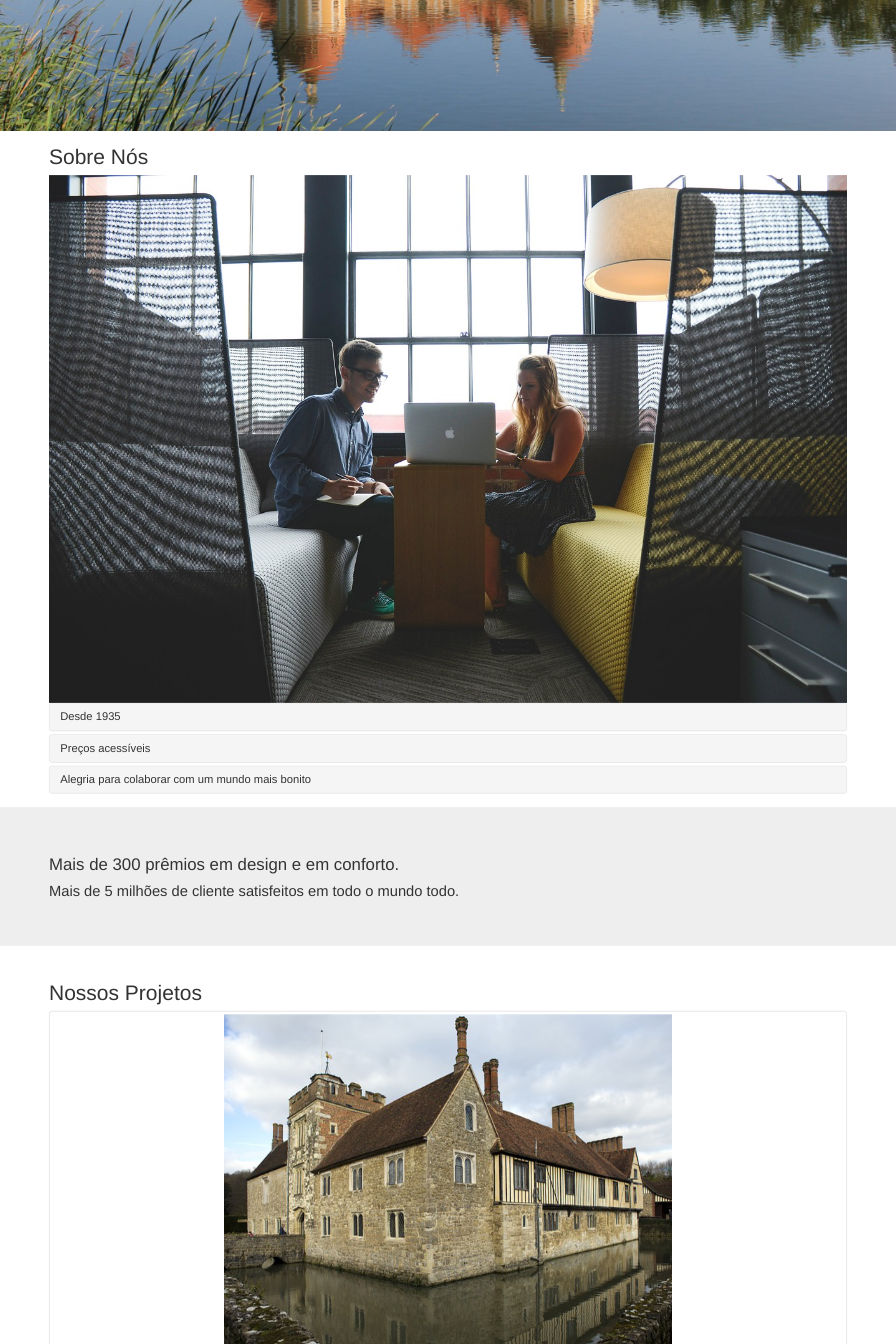
Repository: daviemer/bootstrap-alura
Page: index2.html
The author's editor kept a copy of each file at every save. The page is drawn from the files as they stood at one save, then again after the next save.
The browser window is 1280 px wide. The pictures show the part of the page from y = 533 to 2453 px (the page is 7080 px tall before and 5205 px after), at 70% of full size.

Above is the page before, as saved 2022-07-18 14:42:47.

### index2.html
<!DOCTYPE html>
<html lang="pt-br">

<head>
  <meta charset="UTF-8" />
  <meta http-equiv="X-UA-Compatible" content="IE=edge" />
  <meta name="viewport" content="width=device-width, initial-scale=1.0" />
  <title>Document</title>
  <link rel="stylesheet" href="bootstrap/css/bootstrap.min.css" type="text/css" />
  <link rel="stylesheet" href="style.css" />
</head>

<body>
  <header>
    <nav class="navbar navbar-default">
      <div class="container">
        <div class="navbar-header">
          <button type="button" class="navbar-toggle collapsed" data-toggle="collapse" data-target="#collapse-navbar"
            aria-expanded="false">
            <span class="sr-only">Toggle navigation</span>
            <span class="icon-bar"></span>
            <span class="icon-bar"></span>
            <span class="icon-bar"></span>
            <span class="icon-bar"></span>
          </button>
          <a class="navbar-brand" href="#">TopCasaFina Arquitetura</a>
        </div>
        <div id="collapse-navbar" class="collapse navbar-collapse">
          <ul class="nav navbar-nav">
            <li><a href="#sobre-nos">Sobre Nós</a></li>
            <li><a href="#nossos-projetos">Nossos Projetos</a></li>
            <li><a href="#depoimentos">Depoimentos</a></li>
            <li><a href="#video">Video</a></li>
            <li><a href="#contato">Contato</a></li>
          </ul>
        </div>
      </div>
    </nav>

    <div class="topcasafina-banner">
      <h1>TopCasaFina Arquitetura</h1>
      <p>Projetando a casa dos sonhos desde 2000 A.C</p>
      <button class="btn btn-primary btn-lg">Contate-nos agora</button>
    </div>
  </header>


  <section id="sobre-nos" class="container">
    <h2>Sobre Nós</h2>
    <img class="img-responsive projetos-responsivos" src="assets/img/empresa.jpg" alt="" />

    <div class="panel-group projetos-responsivos" id="paineis-sobre">
      <div class="panel panel-default">
        <div class="panel-heading">
          <h3 class="panel-title" data-toggle="collapse" data-target="#primeiro-paragrafo" data-parent="#paineis-sobre">
            Desde 1935
          </h3>
        </div>
        <div id="primeiro-paragrafo" class="collapse">
          <div class="panel-body">
            <p>
              Desde 1935 trazendo casas, mansões e prédios lindos para o
              mundo.
            </p>
          </div>
        </div>
      </div>
      <div class="panel panel-default">
        <div class="panel-heading">
          <h3 class="panel-title" data-toggle="collapse" data-target="#segundo-paragrafo" data-parent="#paineis-sobre">
            Preços acessíveis
          </h3>
        </div>
        <div id="segundo-paragrafo" class="collapse">
          <div class="panel-body">
            <p>Preços a partir de R$ 1000,00.</p>
          </div>
        </div>
      </div>
      <div class="panel panel-default">
        <div class="panel-heading">
          <h3 class="panel-title" data-toggle="collapse" data-target="#terceiro-paragrafo" data-parent="#paineis-sobre">
            Alegria para colaborar com um mundo mais bonito
          </h3>
        </div>
        <div id="terceiro-paragrafo" class="collapse">
          <div class="panel-body">
            <p>
              Trazendo alegria para a vida das pessoas que tem dinheiro para
              gastar.
            </p>
          </div>
        </div>
      </div>
    </div>
  </section>

  <div class="jumbotron">
    <div class="container">
      <h3>Mais de 300 prêmios em design e em conforto.</h3>
      <p>Mais de 5 milhões de cliente satisfeitos em todo o mundo todo.</p>
    </div>
  </div>

  <section id="nossos-projetos" class="container">
    <h2>Nossos Projetos</h2>

    <figure class="thumbnail projetos-responsivos">
      <img src="assets/img/projetos/casa-castelo.png" alt="Foto da Casa Castelo" />
      <figcaption class="caption">
        <h3>Casa Castelo</h3>
        <p>
          A Casa Castelo é o último lançamento da TopCasaFina feita para um
          monge.
        </p>
      </figcaption>
    </figure>
    <figure class="thumbnail projetos-responsivos">
      <img src="assets/img/projetos/casa-lago.png" alt="Foto da Casa Castelo" />
      <figcaption class="caption">
        <h3>Casa Castelo</h3>
        <p>
          A Casa Castelo é o último lançamento da TopCasaFina feita para um
          monge.
        </p>
      </figcaption>
    </figure>
    <figure class="thumbnail projetos-responsivos">
      <img src="assets/img/projetos/mercado-marapira.png" alt="Foto da Casa Castelo" />
      <figcaption class="caption">
        <h3>Casa Castelo</h3>
        <p>
          A Casa Castelo é o último lançamento da TopCasaFina feita para um
          monge.
        </p>
      </figcaption>
    </figure>
    <figure class="thumbnail projetos-responsivos">
      <img src="assets/img/projetos/palacio-dionisio.png" alt="Foto da Casa Castelo" />
      <figcaption class="caption">
        <h3>Casa Castelo</h3>
        <p>
          A Casa Castelo é o último lançamento da TopCasaFina feita para um
          monge.
        </p>
      </figcaption>
    </figure>
    <figure class="thumbnail projetos-responsivos">
      <img src="assets/img/projetos/residencia-ludi.png" alt="Foto da Casa Castelo" />
      <figcaption class="caption">
        <h3>Casa Castelo</h3>
        <p>
          A Casa Castelo é o último lançamento da TopCasaFina feita para um
          monge.
        </p>
      </figcaption>
    </figure>
  </section>

  <section id="depoimentos">
    <h2 class="container titulo-depoimentos">Depoimentos de Clientes</h2>

    <div id="carousel-example-generic" class="carousel slide" data-ride="carousel">
      <!-- Indicators -->
      <ol class="carousel-indicators">
        <li data-target="#carousel-example-generic" data-slide-to="0" class="active"></li>
        <li data-target="#carousel-example-generic" data-slide-to="1"></li>
        <li data-target="#carousel-example-generic" data-slide-to="2"></li>
      </ol>

      <!-- Wrapper for slides -->
      <div class="carousel-inner" role="listbox">
        <div class="item active">
          <img src="assets/img/depoimentos/depoimento1.png" alt="Depoimento 1" />
          <div class="carousel-caption">
            <h3>Yuri Padilha</h3>
            <p>Gostei muito.</p>
          </div>
        </div>
        <div class="item">
          <img src="assets/img/depoimentos/depoimento2.png" alt="Depoimento 2" />
          <div class="carousel-caption">
            <h3>Fernando Stefaneni</h3>
            <p>Excelente trabalho</p>
          </div>
        </div>
        <div class="item">
          <img src="assets/img/depoimentos/depoimento3.png" alt="Depoimento 3" />
          <div class="carousel-caption">
            <h3>Caio Sauzas</h3>
            <p>Gostei, competência em primeiro lugar.</p>
          </div>
        </div>
      </div>

      <!-- Controls -->
      <a class="left carousel-control" href="#carousel-example-generic" role="button" data-slide="prev">
        <span class="glyphicon glyphicon-chevron-left" aria-hidden="true"></span>
        <span class="sr-only">Previous</span>
      </a>
      <a class="right carousel-control" href="#carousel-example-generic" role="button" data-slide="next">
        <span class="glyphicon glyphicon-chevron-right" aria-hidden="true"></span>
        <span class="sr-only">Next</span>
      </a>
    </div>
  </section>

  <section id="video" class="container">
    <h2>Vídeo Institucional</h2>
    <div class="embed-responsive embed-responsive-16by9">
      <iframe width="560" height="315" src="https://www.youtube.com/embed/i_3Pv1AygeI" frameborder="0"
        allowfullscreen></iframe>
    </div>
  </section>
  <section id="contato" class="container">
    <form>
      <h2>Contato</h2>
      <p>Entre em contato conosco</p>
      <div class="form-group">
        <label for="contato-name">Nome:</label>
        <input class="form-control" id="contato-name" type="text" placeholder="Seu Nome">
      </div>
      <div class="form-group">
        <label for="contato-email">Email:</label>
        <div class="input-group">
          <div class="input-group-addon">@</div>
          <input class="form-control" id="contato-email" type="email" placeholder="Seu e-mail">
        </div>
      </div>
      <div class="grupo-radio">
        <div class="radio">
          <label><input type="radio" name="tipo-pessoa" checked>Pessoa Física</label>
        </div>
        <div class="radio">
          <label><input type="radio" name="tipo-pessoa">Pessoa Juridica</label>
        </div>
      </div><select name="" id="" class="contato-select form-control">
        <option disabled selected>Tipo de Situação</option>
        <option value="">Casa</option>
        <option value="">Apartamento</option>
        <option value="">Mansão</option>


      </select>
      <button class="btn btn-primary" type="submit">Enviar</button>
    </form>
  </section>


  <footer>
    <address>
      <strong>TopCasaFina Arquitetura</strong><br>
      Rua Vergueiro, 3185, Vila Mariana<br>
      São Paulo, SP<br>
      Tel: (11) 5571-2751 ou 5083-3884<br>
    </address>
    <address>
      Email: contato.topcasafina@alura.com.br
    </address>
  </footer>






  <script src="jquery.js"></script>
  <script src="bootstrap/js/bootstrap.min.js"></script>
  <script src="navbar-animation-fix.js"></script>
</body>

</html>

### style.css
#paineis-sobre{
  margin-top: 20px;
}

html,body {
  height: 100%;
}

header {
  background-image: url(assets/img/castelo.jpg);
  background-size: cover;
  position: relative;
  background-position:top center;
  height: 100%;
}

header h1 {
  margin-top: 0;
  margin-bottom: 0;
}

.topcasafina-banner {
  color: #fff;
  background-color: rgba(0, 0, 0, 0.5);
  padding: 1.5em;
  width: 80%;
  max-width: 320px;
  border-radius: 10px;
  position: absolute;
  top: 50%;
  left: 50%;
  transform: translate(-50%, -50%);
  transition: 0.4s;
}

.titulo-depoimentos {
  background-color: #0275d8;
  padding-top: 25px;
  padding-bottom: 25px;
  color: #fff;
  font-weight: bold;
  font-size: 25px;
}

.grupo-radio,.contato-select {
  width: 50%;
  display: inline-block;
  vertical-align: top;
}

.contato-select {
  float: right;
}

.grupo-radio .radio:first-child {
  margin-top: 0;
}

footer {
  background-color: #333;
  color: #fff;
  padding: 20px;
  margin-top: 10px;
}

footer address:last-child {
  margin-bottom: 0;
}

@media(min-width:768px){
  .colunas-2 {
    width: 50%;
    float:left;
  }
  #paineis-sobre{
    margin-top:0;
  }

}

### navbar-animation-fix.js
$('#collapse-navbar').on('show.bs.collapse', function(){
  $('.topcasafina-banner').css('transform', 'translate(-50%, 10%)')
});
$('#collapse-navbar').on('hide.bs.collapse', function(){
  $('.topcasafina-banner').css('transform', 'translate(-50%, -50%)')
});

Loaded but not shown: bootstrap/css/bootstrap.min.css (library); jquery.js (library); bootstrap/js/bootstrap.min.js (library)

After the next save:
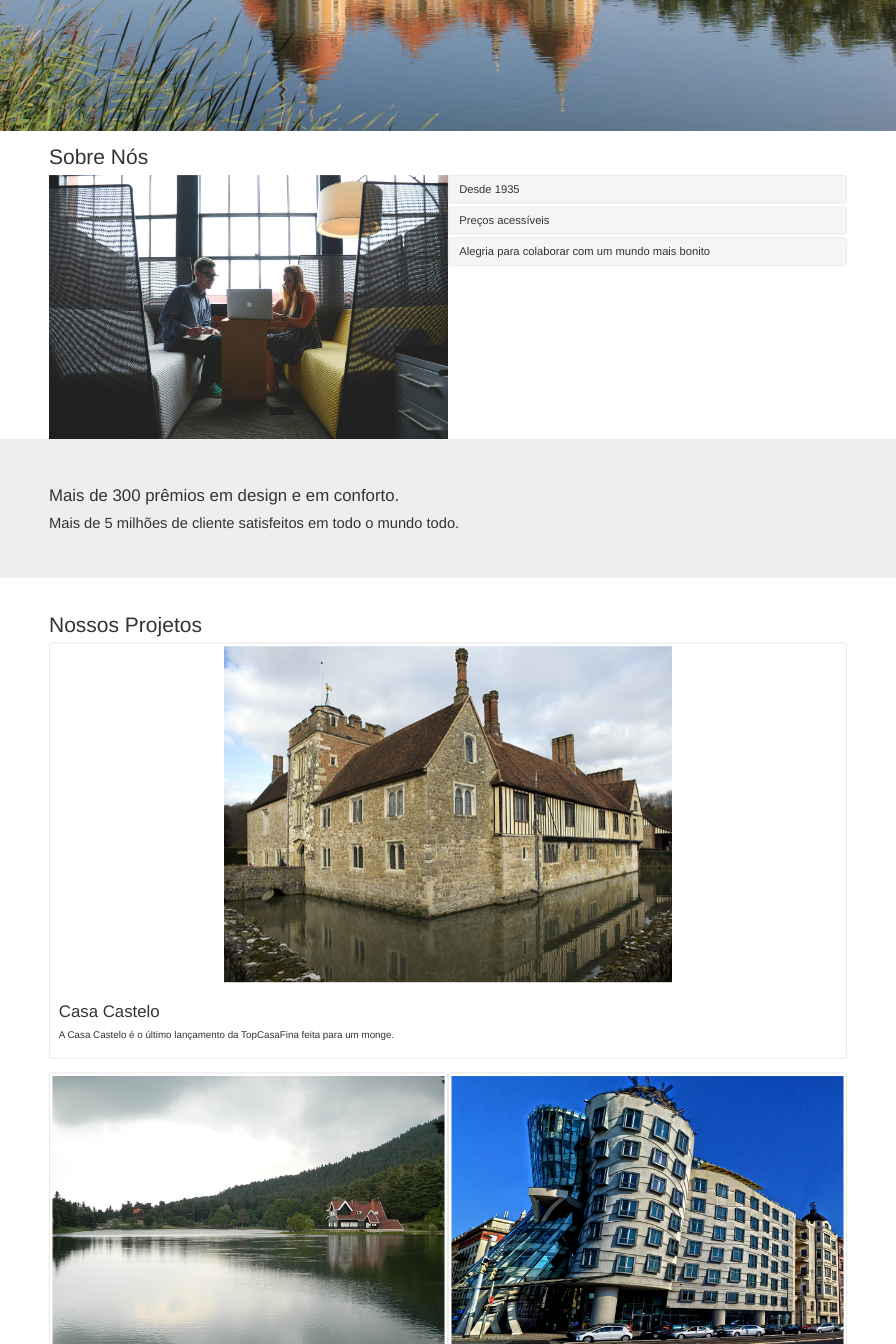
Saved 12 min 12 s later.
--- a/index2.html
+++ b/index2.html
@@ -47,9 +47,9 @@
 
   <section id="sobre-nos" class="container">
     <h2>Sobre Nós</h2>
-    <img class="img-responsive projetos-responsivos" src="assets/img/empresa.jpg" alt="" />
-
-    <div class="panel-group projetos-responsivos" id="paineis-sobre">
+    <img class="img-responsive colunas-2" src="assets/img/empresa.jpg" alt="" />
+
+    <div class="panel-group colunas-2" id="paineis-sobre">
       <div class="panel panel-default">
         <div class="panel-heading">
           <h3 class="panel-title" data-toggle="collapse" data-target="#primeiro-paragrafo" data-parent="#paineis-sobre">
@@ -105,7 +105,7 @@
   <section id="nossos-projetos" class="container">
     <h2>Nossos Projetos</h2>
 
-    <figure class="thumbnail projetos-responsivos">
+    <figure class="thumbnail col-mb-6">
       <img src="assets/img/projetos/casa-castelo.png" alt="Foto da Casa Castelo" />
       <figcaption class="caption">
         <h3>Casa Castelo</h3>
@@ -115,7 +115,7 @@
         </p>
       </figcaption>
     </figure>
-    <figure class="thumbnail projetos-responsivos">
+    <figure class="thumbnail colunas-2">
       <img src="assets/img/projetos/casa-lago.png" alt="Foto da Casa Castelo" />
       <figcaption class="caption">
         <h3>Casa Castelo</h3>
@@ -125,7 +125,7 @@
         </p>
       </figcaption>
     </figure>
-    <figure class="thumbnail projetos-responsivos">
+    <figure class="thumbnail colunas-2">
       <img src="assets/img/projetos/mercado-marapira.png" alt="Foto da Casa Castelo" />
       <figcaption class="caption">
         <h3>Casa Castelo</h3>
@@ -135,7 +135,7 @@
         </p>
       </figcaption>
     </figure>
-    <figure class="thumbnail projetos-responsivos">
+    <figure class="thumbnail colunas-2">
       <img src="assets/img/projetos/palacio-dionisio.png" alt="Foto da Casa Castelo" />
       <figcaption class="caption">
         <h3>Casa Castelo</h3>
@@ -145,7 +145,7 @@
         </p>
       </figcaption>
     </figure>
-    <figure class="thumbnail projetos-responsivos">
+    <figure class="thumbnail colunas-2">
       <img src="assets/img/projetos/residencia-ludi.png" alt="Foto da Casa Castelo" />
       <figcaption class="caption">
         <h3>Casa Castelo</h3>
